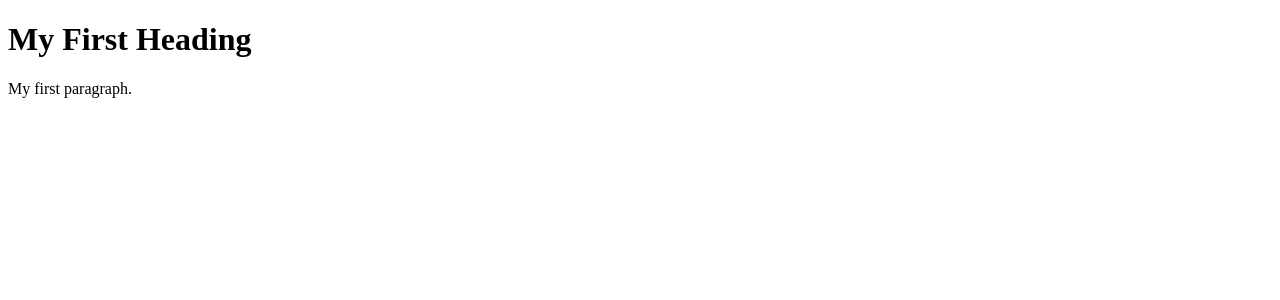
Repository: mwakad/learngit
Page: index.html
These files come from the project's save history. The page is drawn as it stood at one moment and after the next save; the edit follows.
The browser window is 1280 px wide. The pictures show the whole page.

Above is the page before, as saved 2025-04-05 02:12:40.

After the next save:
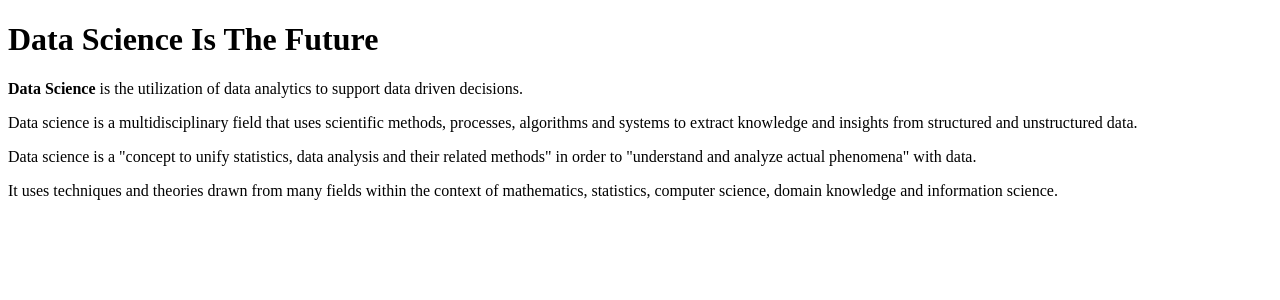
Saved 5 min 18 s later.
--- a/index.html
+++ b/index.html
@@ -5,8 +5,11 @@
 </head>
 <body>
 
-<h1>My First Heading</h1>
-<p>My first paragraph.</p>
+<h1>Data Science Is The Future</h1>
+<p><strong> Data Science </strong> is the utilization of data analytics to support data driven decisions.</p>
+<p>Data science is a multidisciplinary field that uses scientific methods, processes, algorithms and systems to extract knowledge and insights from structured and unstructured data.</p>
+<p>Data science is a "concept to unify statistics, data analysis and their related methods" in order to "understand and analyze actual phenomena" with data.</p>
+<p>It uses techniques and theories drawn from many fields within the context of mathematics, statistics, computer science, domain knowledge and information science.</p>
 
 </body>
 </html>
